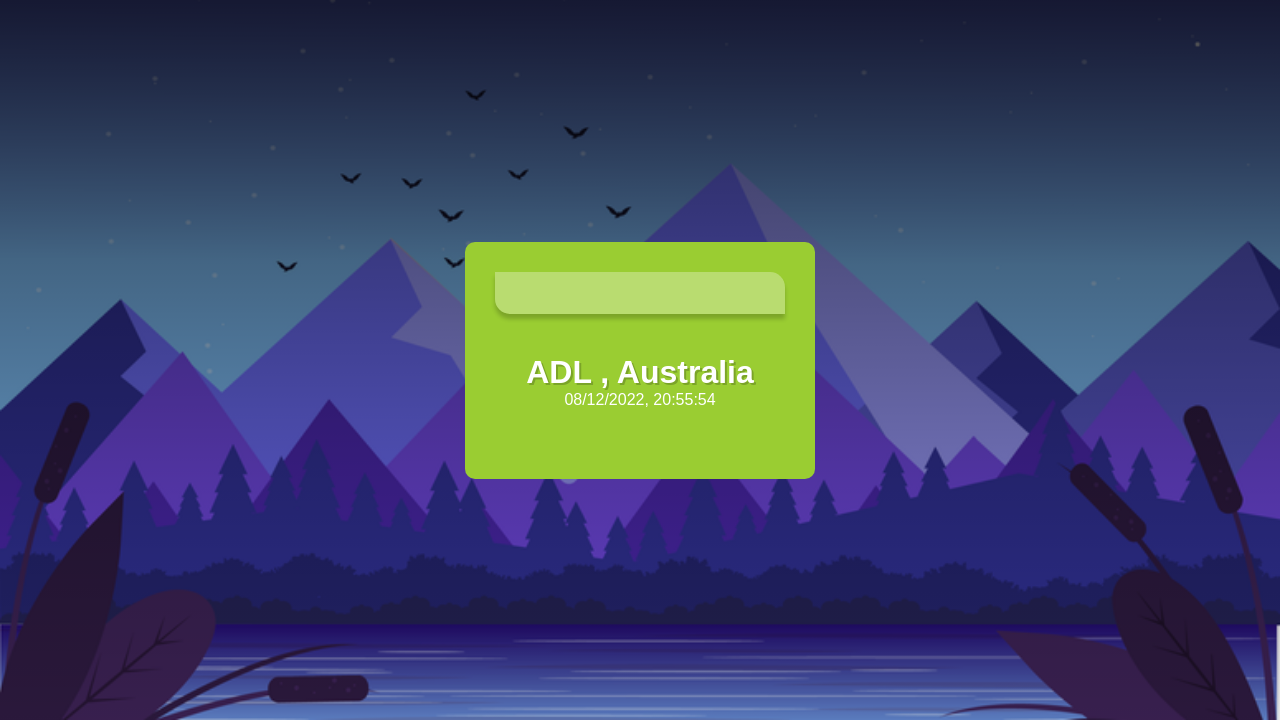
Repository: andrewhuynh561/weather-app-1
Page: index.html
The author's editor kept a copy of each file at every save. The page is drawn from the files as they stood at one save, then again after the next save.
The browser window is 1280 px wide. The pictures show the whole page.

Above is the page before, as saved 2022-12-08 20:56:34.

After the next save:
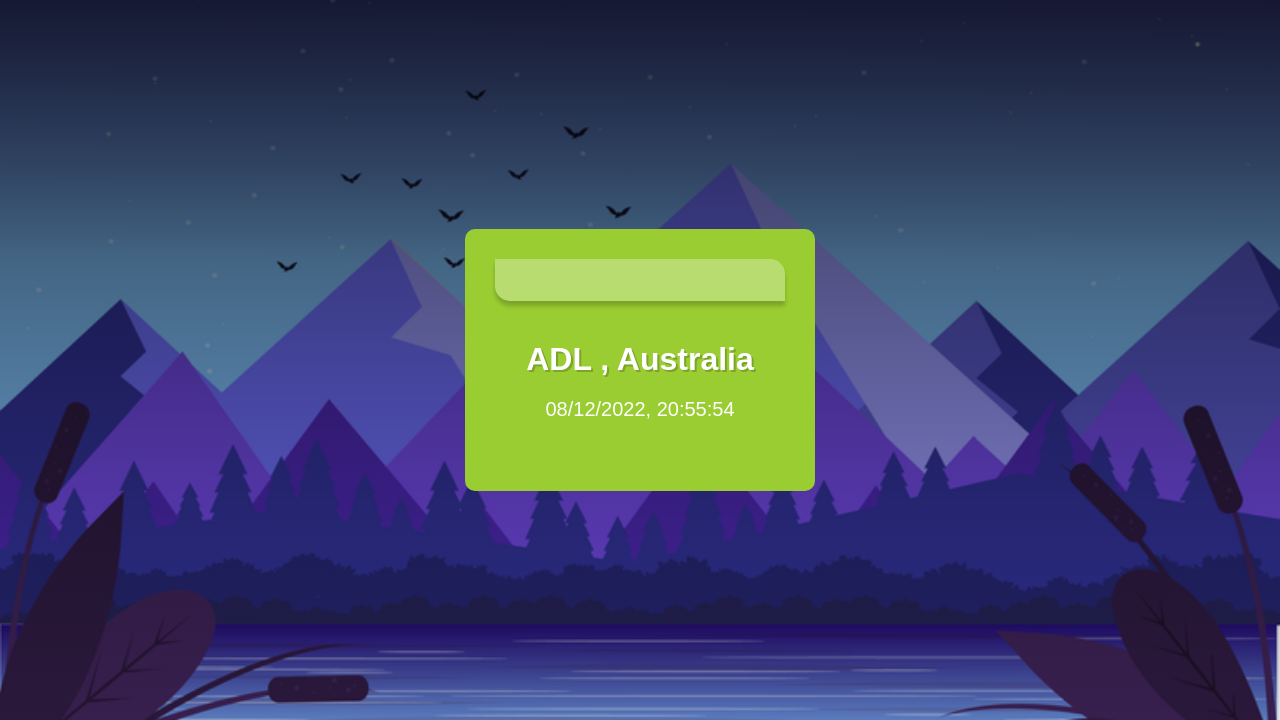
Saved 55 s later.
--- a/style.css
+++ b/style.css
@@ -42,3 +42,7 @@ body{
 .capital{
     text-shadow: 2px 2px rgba(0,0,0,0.2);
 }
+.time{
+    margin: 20px 0;
+    font-size: 15pt;
+}
